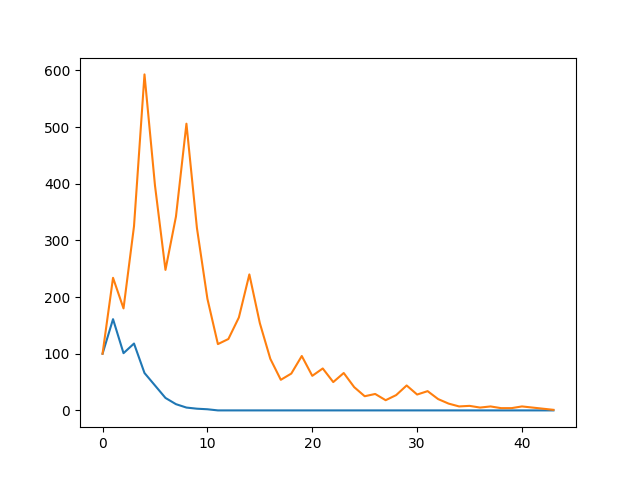
Repository: PatLaCisay/python-hawkdove-master
Script's output: python hawkdove.py
These files come from the project's save history. The script's output is drawn as it stood at one moment and after the next save; the edit follows.
Random numbers start from a fixed seed.

Above is the script's output before, as saved 2023-03-07 11:57:48.

After the next save:
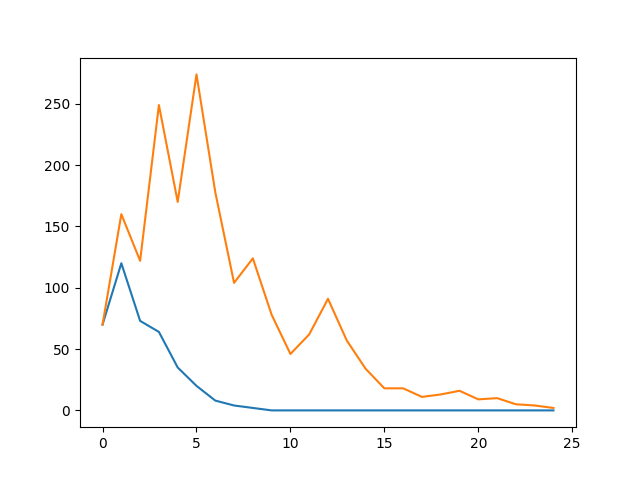
Saved 22 s later.
--- a/hawkdove.py
+++ b/hawkdove.py
@@ -3,8 +3,8 @@
 from time import perf_counter
 from pylab import plot, show
 
-STARTING_DOVES = 100
-STARTING_HAWKS = 100
+STARTING_DOVES = 70
+STARTING_HAWKS = 70
 STARTING_POPULATION = STARTING_HAWKS + STARTING_DOVES
 
 ROUNDS = 100

After the save that followed:
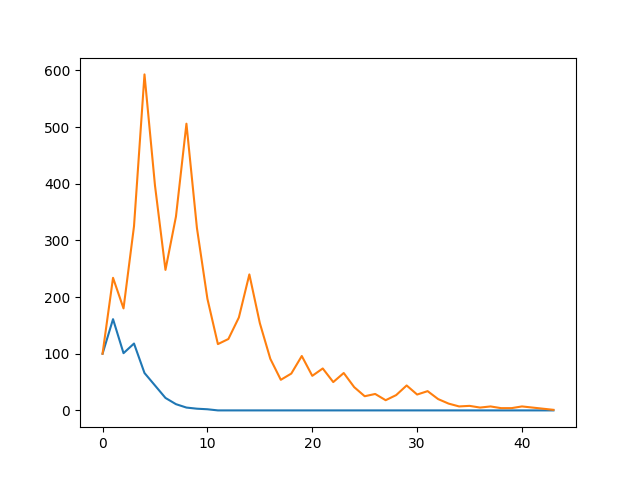
Saved 7 s later.
--- a/hawkdove.py
+++ b/hawkdove.py
@@ -3,8 +3,8 @@
 from time import perf_counter
 from pylab import plot, show
 
-STARTING_DOVES = 70
-STARTING_HAWKS = 70
+STARTING_DOVES = 100
+STARTING_HAWKS = 100
 STARTING_POPULATION = STARTING_HAWKS + STARTING_DOVES
 
 ROUNDS = 100
